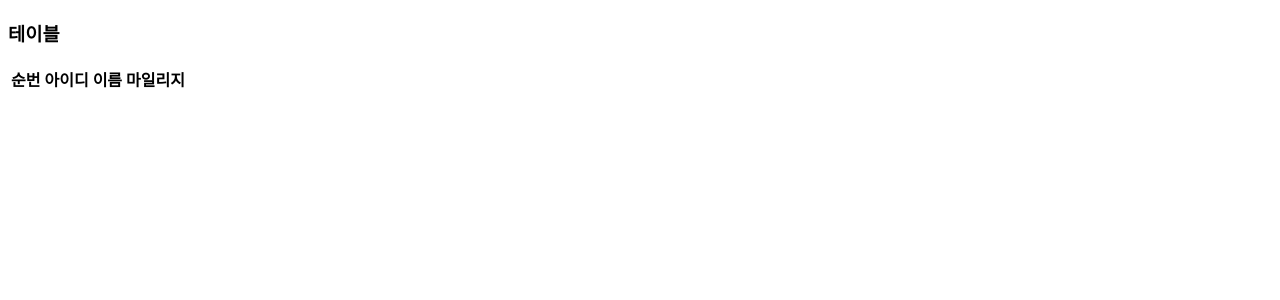
Repository: helloJunejun/WorkSpace_WebUi
Page: 0.2html_form_table/src/main/webapp/sample_table.html
These files come from the project's save history. The page is drawn as it stood at one moment and after the next save; the edit follows.
The browser window is 1280 px wide. The pictures show the whole page.

Above is the page before, as saved 2021-06-24 01:09:05.

### 0.2html_form_table/src/main/webapp/sample_table.html
<!DOCTYPE html PUBLIC "-//W3C//DTD HTML 4.01 Transitional//EN" "http://www.w3.org/TR/html4/loose.dtd">
<html>
<head>
<meta http-equiv="Content-Type" content="text/html; charset=UTF-8">
<title>테이블 예제</title>
</head>
<body>
<h3>테이블</h3>
<table>
	<tr>
		<th>순번</th>
		<th>아이디</th>
		<th>이름</th>
		<th>마일리지</th>
	</tr>
</table>
</body>
</html>

After the next save:
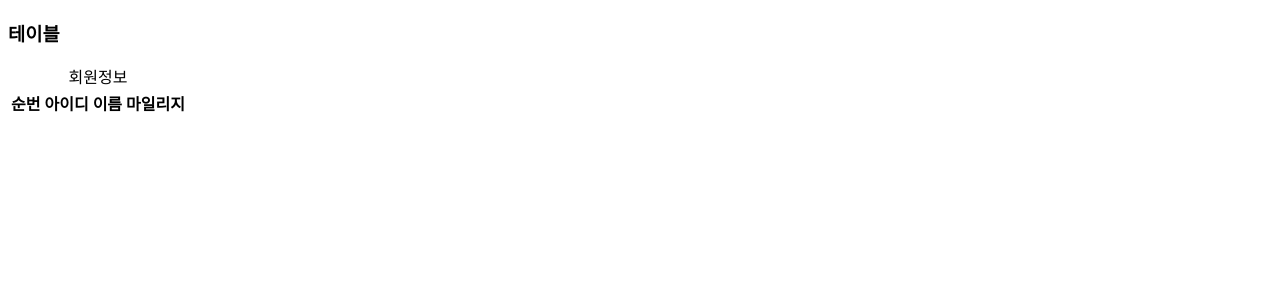
Saved 50 s later.
--- a/0.2html_form_table/src/main/webapp/sample_table.html
+++ b/0.2html_form_table/src/main/webapp/sample_table.html
@@ -7,6 +7,7 @@
 <body>
 <h3>테이블</h3>
 <table>
+	<caption>회원정보</caption>
 	<tr>
 		<th>순번</th>
 		<th>아이디</th>
